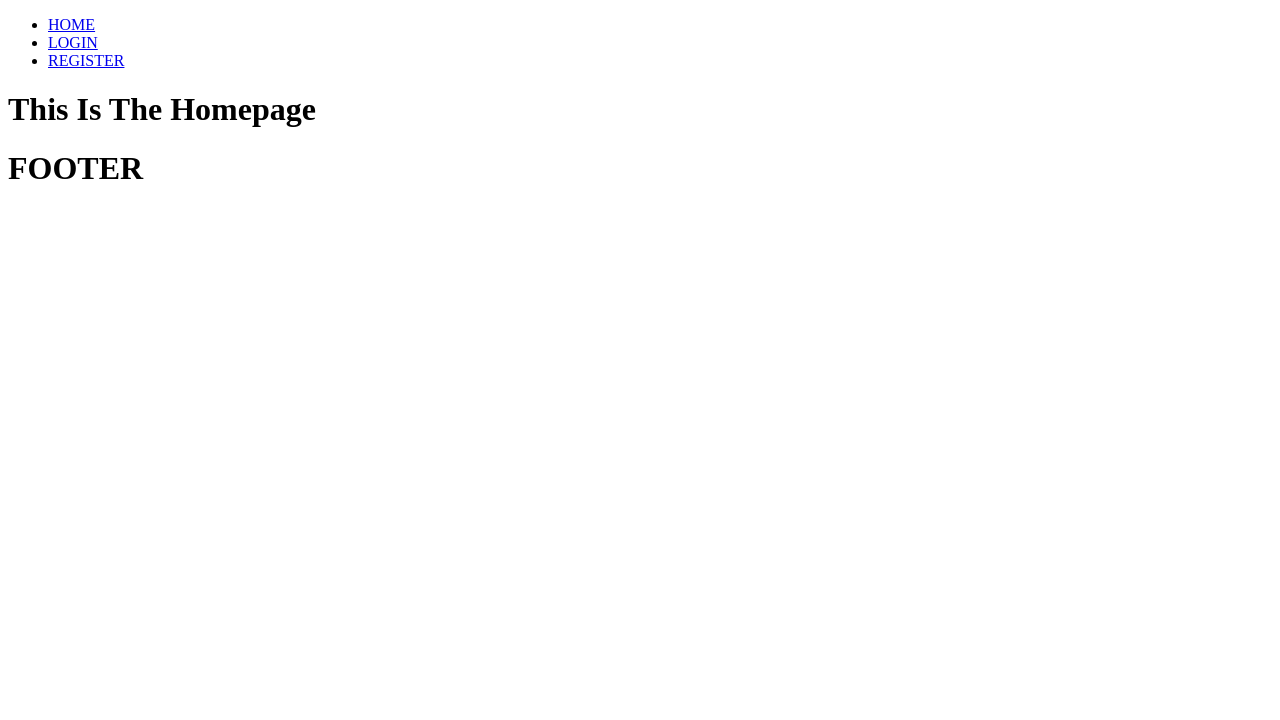
Repository: jedeyejed00/TheGameShaq
Page: http://localhost/ClassWork/Lab5/index.php
The author's editor kept a record of every edit. The page is drawn from the files as they stood at one moment, then again after the next edit.
The browser window is 1280 px wide. The pictures show the whole page.
The page is run by PHP 8.4 with error messages shown; the project is at /var/www/html/.

Above is the page before.

After the next edit:
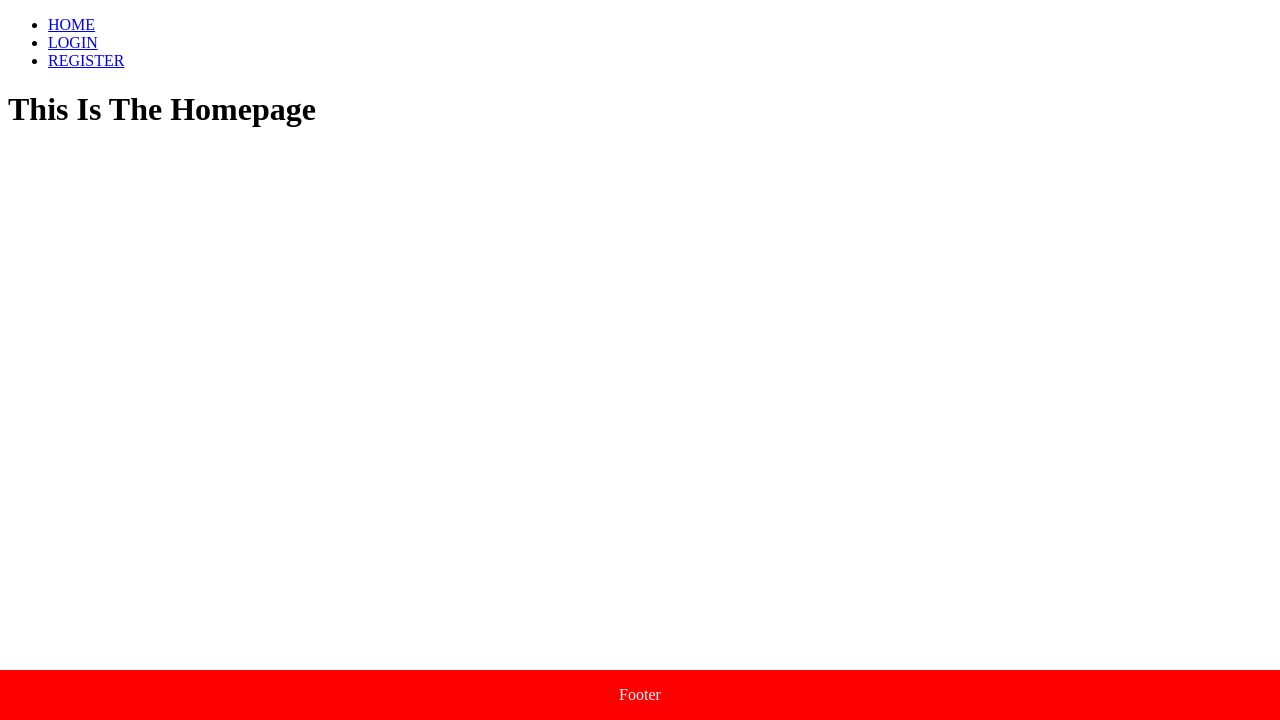
The edit:
--- a/ClassWork/Lab5/includes/footer.php
+++ b/ClassWork/Lab5/includes/footer.php
@@ -14,6 +14,8 @@
 
 </head>
 <body>
-<h1>FOOTER</h1>
+<div class="footer">
+  <p>Footer</p>
+</div>
 </body>
 </html>
